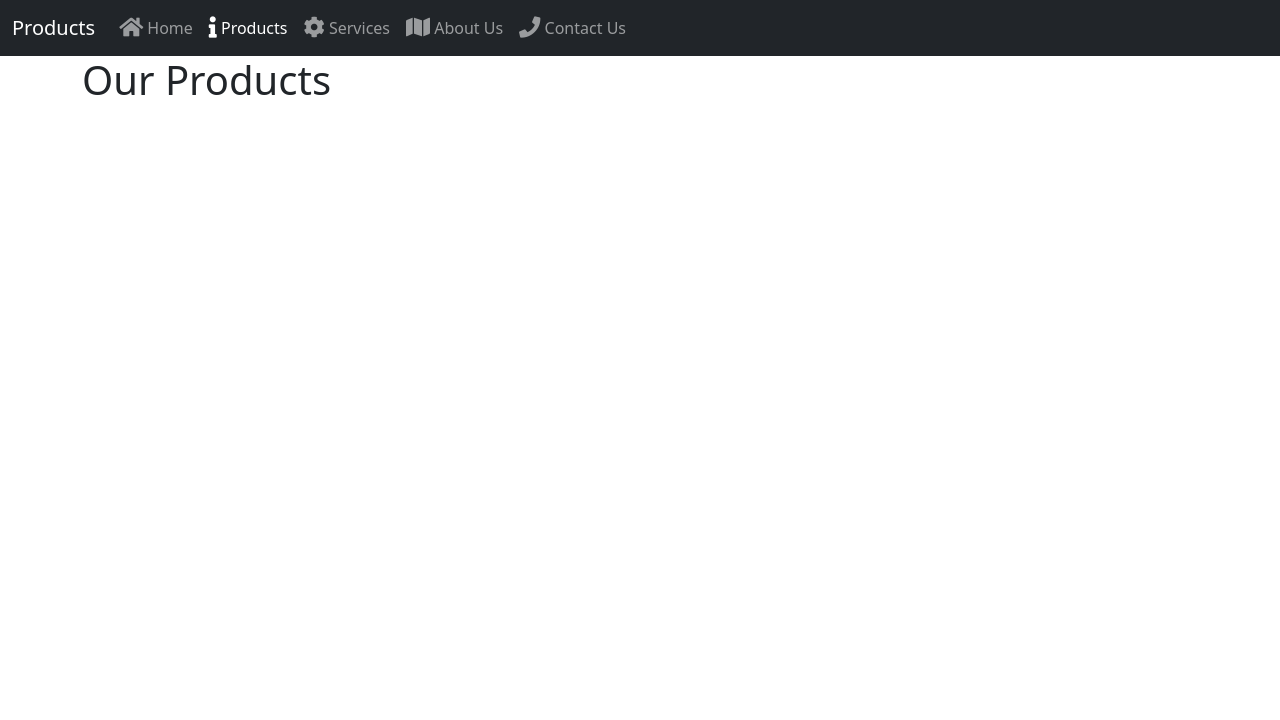
Repository: deividwsantoss/web6201-Lab1
Page: products.html
An editor plug-in stored every save of this project. The page is shown before and after the next save, followed by the edit.
The browser window is 1280 px wide. The pictures show the whole page.

Above is the page before, as saved 2021-02-02 17:32:29.

### products.html
<!DOCTYPE html>
<html lang="en">
<head>
    <meta charset="UTF-8">
    <meta name="viewport" content="width=device-width, initial-scale=1.0">
    <title>Products</title>
</head>
<!-- CSS SECTION-->
<link rel="stylesheet" href="./node_modules/bootstrap/dist/css/bootstrap.min.css">
<link rel="stylesheet" href="./node_modules/@fortawesome/fontawesome-free/css/all.min.css">
<link rel="stylesheet" href="./Content/app.css">

<body>
    <!-- Main Header-->
    <header>
        <nav class="navbar navbar-expand-lg navbar-dark bg-dark">
            <div class="container-fluid">
              <a class="navbar-brand" href="Index.html">Products</a>
              <button class="navbar-toggler" type="button" data-bs-toggle="collapse" data-bs-target="#navbarSupportedContent" aria-controls="navbarSupportedContent" aria-expanded="false" aria-label="Toggle navigation">
                <span class="navbar-toggler-icon"></span>
              </button>
              <div class="collapse navbar-collapse" id="navbarSupportedContent">
                <ul class="navbar-nav ml-auto mb-2 mb-lg-0">
                  <li class="nav-item">
                    <a class="nav-link " aria-current="page" href="Index.html"><i class="fas fa-home fa-lg"></i> Home</a>
                  </li>
                  <li class="nav-item">
                    <a class="nav-link active" aria-current="page" href="products.html"><i class="fas fa-info fa-lg"></i> Products</a>
                  </li>
                  <li class="nav-item">
                    <a class="nav-link" aria-current="page" href="services.html"><i class="fas fa-cog fa-lg"></i> Services</a>
                  </li>
                  <li class="nav-item">
                    <a class="nav-link" aria-current="page" href="about.html"><i class="fas fa-map fa-lg"></i> About Us</a>
                  </li>
                  <li class="nav-item">
                    <a class="nav-link" aria-current="page" href="contact.html"><i class="fas fa-phone fa-lg"></i> Contact Us</a>
                  </li>

                </ul>

              </div>
            </div>
          </nav>

    </header>


    <!-- Main Content-->
        <main class="container">
            <h1>Our Products</h1>
        </main>

    <!--- Script Section-->
    <script src="./node_modules/bootstrap/dist/js/bootstrap.bundle.min.js"></script>
    <script src="./node_modules/jquery/dist/jquery.min.js"></script>
    <script src="./Scripts/app.js"></script>
</body>

</html>

### Content/app.css
/* Custom CSS goes here */
body,html{
    height: 100%;
    margin: 0;
}
.bg{
    background-image: url("bgimage.jpg");
    background-repeat: no-repeat;
    background-size: cover;
    background-position: center;
    opacity: 0.8;
}

.contactimage{
    background-image:url("contactimg.jpg");
    background-repeat: no-repeat;
    background-size: cover;
    background-position: center;
    opacity: 0.8;
}
.productsbg{
    background-image:url("productsbg.jpg");
    background-repeat: no-repeat;
    background-size: cover;
    background-position: center;
    opacity: 0.8;
}

### Scripts/app.js
/* Custom JavaScript goes here */



(function(){

    function displayHome(){
        let paragraphOneText = "Welcome to DeRa Development. ";
        let paragraphOneElement = document.getElementById("paragraphOne");

        //let paragraphOneParagraph = document.getElementsByTagName("p")[0];
        //let paragraphOneQuery = document.querySelector("p");
        //let paragraphOneQuerys = document.querySelectorAll("p")[0];

        paragraphOneElement.textContent = paragraphOneText;
        paragraphOneElement.className = "fs-5";

        //SECOND METHOD
        //Step 1. document.createElement
        let newParagraph = document.createElement("p");
        //configure the element
        newParagraph.setAttribute("id", "paragraphTwo");
        newParagraph.textContent = "... And this is Paragraph Two";
        //step 3. Select the parent element
        let mainContent = document.getElementsByTagName("main")[0];
        //step 4. Add / Insert the element
        mainContent.appendChild(newParagraph);

        newParagraph.className = "fs-5";

    }
    function displayAbout(){

    }
    function displayServices(){

    }
    function displayProducts(){

    }
    function displayContact(){

    }

function Start(){

    console.log("App Started...");
    switch(document.title)
    {
        case 'Home':
            displayHome();
            break;
        case 'About':
            displayAbout();
            break;
        case 'Projects':
            displayProjects();
            break;
        case 'Services':
            displayServices();
            break;
        case 'Contact':
            displayContact();
            break;
    }
}

})();

Loaded but not shown: node_modules/bootstrap/dist/css/bootstrap.min.css (library); node_modules/@fortawesome/fontawesome-free/css/all.min.css (library); node_modules/bootstrap/dist/js/bootstrap.bundle.min.js (library); node_modules/jquery/dist/jquery.min.js (library)

After the next save:
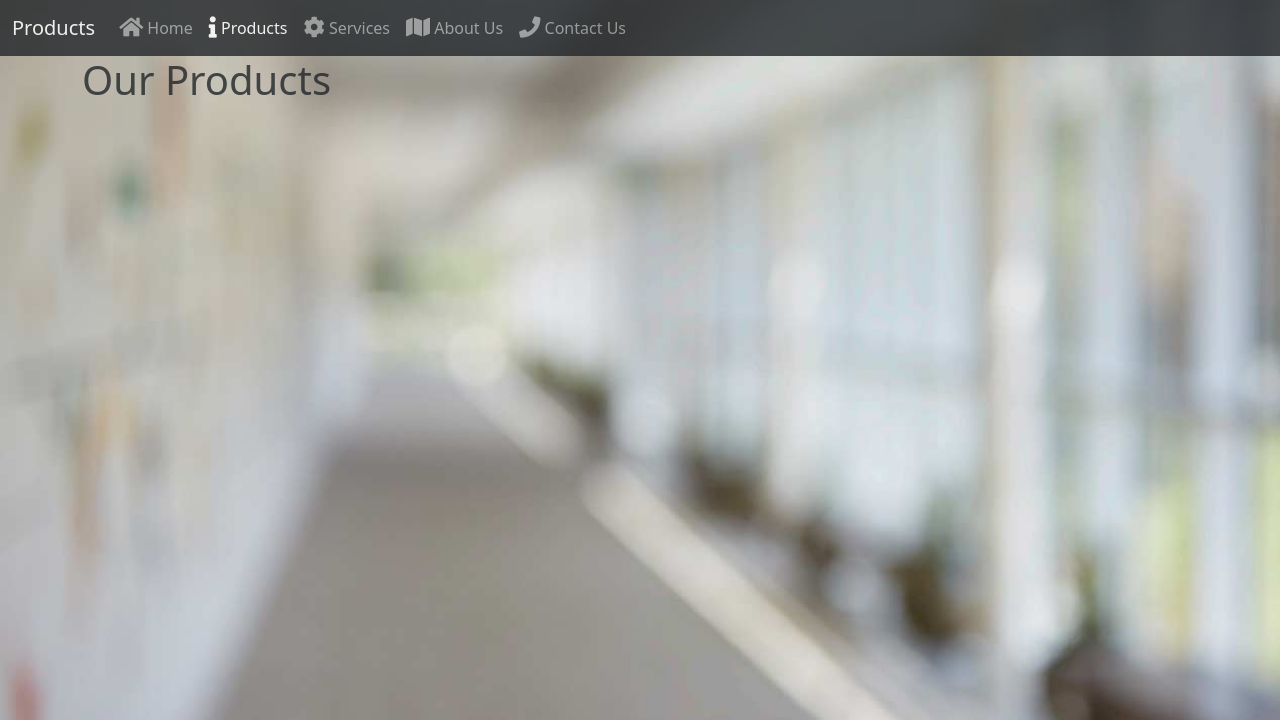
Saved 56 s later.
--- a/products.html
+++ b/products.html
@@ -10,7 +10,7 @@
 <link rel="stylesheet" href="./node_modules/@fortawesome/fontawesome-free/css/all.min.css">
 <link rel="stylesheet" href="./Content/app.css">
 
-<body>
+<body class="productsbg">
     <!-- Main Header-->
     <header>
         <nav class="navbar navbar-expand-lg navbar-dark bg-dark">
